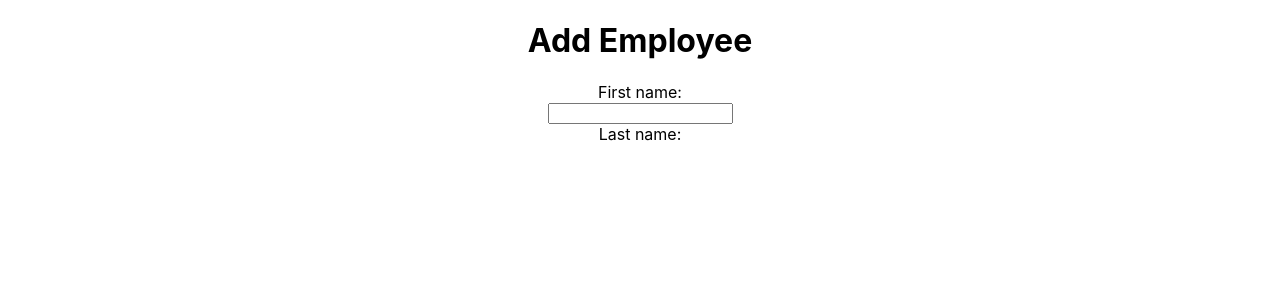
Repository: Biniyamkb/Evangadi-forum
Page: /addemployee (app in demoapp/frontend/)
The author's editor kept a copy of each file at every save. The page is drawn from the files as they stood at one save, then again after the next save.
The browser window is 1280 px wide. The pictures show the whole page.
The project was rebuilt for these pictures with package versions that can differ from the ones it lists, and the page was loaded fresh each time. Also part of the build but not shown: demoapp/frontend/src/Pages/Home.js, demoapp/frontend/src/Pages/Login.js.

Above is the page before, as saved 2025-05-04 22:02:46.

After the next save:
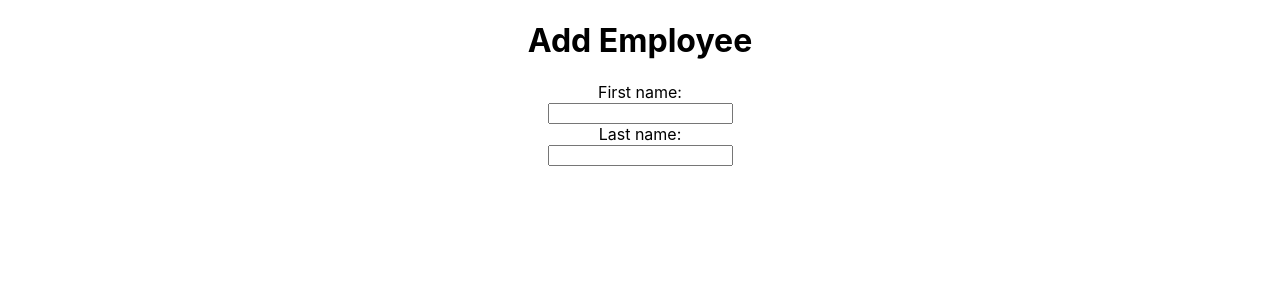
Saved 4 s later.
--- a/demoapp/frontend/src/Pages/AddEmployee.js
+++ b/demoapp/frontend/src/Pages/AddEmployee.js
@@ -8,6 +8,7 @@ function AddEmployee() {
         <label htmlFor="fname">First name:</label><br/>
         <input type="text" id="fname" name="fname"/><br/>
         <label htmlFor="lname">Last name:</label><br/>
+        <input type="text" id="lname" name="lname"/><br/>
     </form>
     </div>
   )
